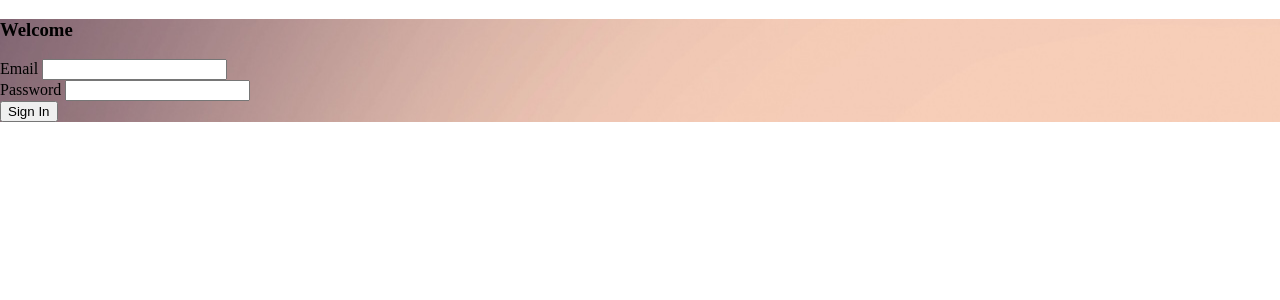
Repository: Szelbi/SimpliestLoginPage
Page: index.html
These files come from the project's save history. The page is drawn as it stood at one moment and after the next save; the edit follows.
The browser window is 1280 px wide. The pictures show the whole page.

Above is the page before, as saved 2021-02-04 21:52:39.

After the next save:
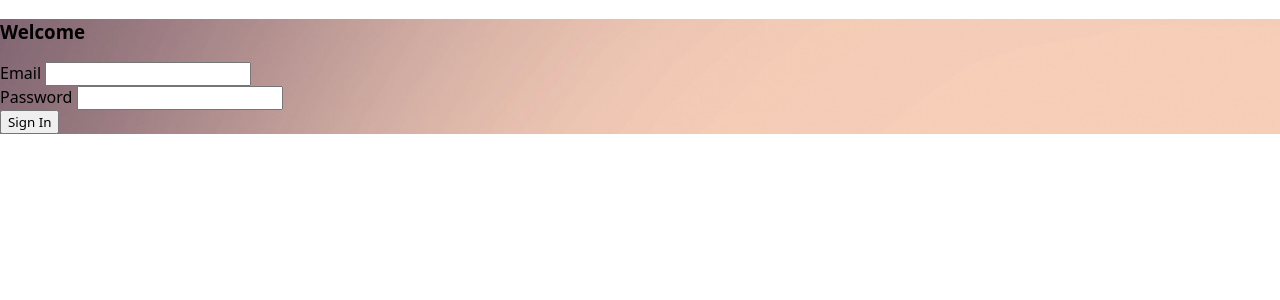
Saved 104 s later.
--- a/style.css
+++ b/style.css
@@ -1,8 +1,11 @@
+* {
+    font-family: 'Noto Sans', sans-serif;
+}
+
 html, body{
     margin: 0;
 }
 
-
 .main {
     background-image: url("flatlandscape_v_2.jpg");
 }
